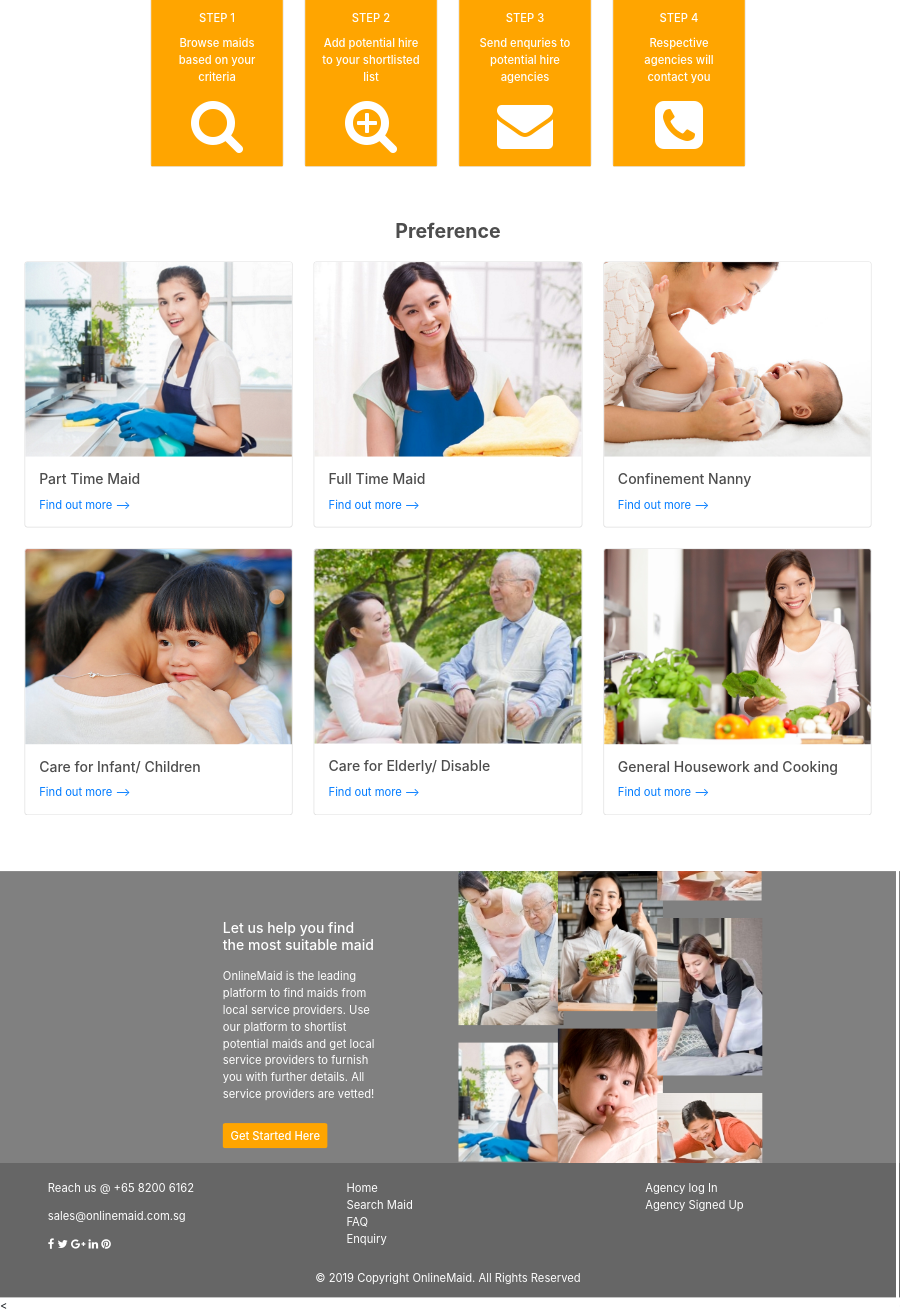
Repository: Code-Institute-Submissions/Project-1---Online-Maid
Page: index.html
The author's editor kept a record of every edit. The page is drawn from the files as they stood at one moment, then again after the next edit.
The browser window is 1280 px wide. The page is 1285 px wide, so the pictures cover 1285 px, including what lies to the right of the window. The pictures show the part of the page from y = 749 to 2629 px (the page is 2626 px tall before and 2629 px after), at 70% of full size.
Some web libraries are served in a nearby version.

Above is the page before.

### index.html
<!DOCTYPE html>
<html lang="en">
<head>
    <meta charset="UTF-8">
    <meta name="viewport" content="width=device-width, initial-scale=1.0">
    <meta http-equiv="X-UA-Compatible" content="ie=edge">
    <link rel="stylesheet" href="https://stackpath.bootstrapcdn.com/bootstrap/4.3.1/css/bootstrap.min.css" type="text/css" />
    <link rel="stylesheet" href="https://stackpath.bootstrapcdn.com/font-awesome/4.7.0/css/font-awesome.min.css" type="text/css" />
    <link rel="stylesheet" href="https://cdnjs.cloudflare.com/ajax/libs/hover.css/2.1.1/css/hover-min.css" type="text/css" />
    <link rel="stylesheet" href="style.css" type="text/css" />
    <title>Online Maid</title>
</head>

<body>

<header>
  <nav class="navbar navbar-expand-lg navbar-light">
  <a class="navbar-brand" href="#"><img id="logo" class="pl-4 img-fluid d-md-block" src="images/logo.jpg" alt=""></a>
  <button class="navbar-toggler" type="button" data-toggle="collapse" data-target="#navbarSupportedContent" aria-controls="navbarSupportedContent" aria-expanded="false" aria-label="Toggle navigation">
    <span class="navbar-toggler-icon"></span>
  </button>

  <div class="collapse navbar-collapse" id="navbarSupportedContent">
    <ul class="navbar-nav mr-auto">
      <li class="nav-item active">
        <a class="nav-link" href="index.html">Home</a>
      </li>
      <li class="nav-item">
        <a class="nav-link" href="searchMaid.html">Search Maid</a>
      </li>
      <li class="nav-item">
        <a class="nav-link" href="faq.html">FAQ</a>
      </li>
      <li class="nav-item">
        <a class="nav-link" href="enquiry.html">Enquiry</a>
      </li>
    </ul>
  </div>
</nav>
</header>

<article>
  <section>
  <div class="jumbotron">
        <h1 class= "maids-portal">The No 1 Singapore Maid Portal</h1>
        <p class= "getStarted">More than 8000 maids for you to choose<br>Start your search now!</br></p>

  <div class="form-row">
      <div class = "col"></div>

      <div class="nationality col-md-2 px-0">
        <select id="inputState" class="form-control">
        <option selected>Nationality</option>
        <option>Filipino</option>
        <option>Indonesian</option>
        <option>Indian</option>
        <option>Myanmarese</option>
        <option>Others</option>
        <option>No Preference</option>
        </select>
      </div>
      <div class="type-of-maid col-md-2 px-0">
        <select id="inputState" class="form-control">
        <option selected>Type of Maid</option>
        <option>New</option>
        <option>Transfer</option>
        <option>Experience</option>
        <option>No Preference</option>
        </select>
      </div>
      <div class="main-responsibility col-md-2 px-0">
        <select id="inputState" class="form-control">
        <option selected>Main Responsibility</option>
        <option>Cooking </option>
        <option>Care for children</option>
        <option>Care for elderly</option>
        <option>Care for disabled</option>
        <option>General housework</option>
        <option>No Preference</option>
        </select>
      </div>
      <button type="button" class="btn">Search</button>

      <div class = "col"></div>
  </div>
  </div>
  </section>

  <section>
    <h3 class="section-header">Steps</h3>
    <p class="steps-line">Create a shortlisted of potential maids and get the agencies to contact you directly</p>

    <div class="card-deck four-steps-container ">
      <div class="card">
        <div class="card-body steps-box">
          <p class="card-title">STEP 1</p>
          <p class="card-text">Browse maids based on your criteria</p>
          <i class="fa fa-search fa-5x"></i>
        </div>
      </div>

      <div class="card">
        <div class="card-body steps-box">
          <P class="card-title">STEP 2</P>
          <p class="card-text">Add potential hire to your shortlisted list</p>
          <i class="fa fa-search-plus fa-5x"></i>
        </div>
      </div>

      <div class="card">
        <div class="card-body steps-box">
          <p class="card-title">STEP 3</p>
          <p class="card-text">Send enquries to potential hire agencies</p>
          <i class="fa fa-envelope fa-5x"></i>
        </div>
      </div>

      <div class="card">
        <div class="card-body steps-box">
          <p class="card-title">STEP 4</p>
          <p class="card-text">Respective agencies will contact you</p>
          <i class="fa fa-phone-square fa-5x"></i>
        </div>
      </div>
    </div>
  </section>

  <section>
    <h3 class="section-header">Preference</h3>

    <div class="card-deck six-choices">
      <div class="card">
        <img class="card-img-top" src="images/partTime1.jpg" alt="Card image cap">
        <div class="card-body maid-experience">
          <h5 class="card-title">Part Time Maid</h5>
          <a href="searchMaid.html" class="find-out-more">Find out more --></a>
        </div>
      </div>

      <div class="card">
        <img class="card-img-top" src="images/fullTime1.jpg" alt="Card image cap">
        <div class="card-body maid-experience">
          <h5 class="card-title">Full Time Maid</h5>
          <a href="searchMaid.html" class="find-out-more">Find out more --></a>
        </div>
      </div>

      <div class="card">
        <img class="card-img-top" src="images/confinement.jpg" alt="Card image cap">
        <div class="card-body maid-experience">
          <h5 class="card-title">Confinement Nanny</h5>
          <a href="searchMaid.html" class="find-out-more">Find out more --></a>
        </div>
      </div>
    </div>

    <div class="card-deck six-choices">
      <div class="card">
        <img class="card-img-top" src="images/childrenCare1.jpg" alt="Card image cap">
        <div class="card-body maid-experience">
          <h5 class="card-title">Care for Infant/ Children</h5>
          <a href="searchMaid.html" class="find-out-more">Find out more --></a>
        </div>
      </div>

      <div class="card">
        <img class="card-img-top" src="images/elderlyCare1.jpg" alt="Card image cap">
        <div class="card-body maid-experience">
          <h5 class="card-title">Care for Elderly/ Disable</h5>
          <a href="searchMaid.html" class="find-out-more">Find out more --></a>
        </div>
      </div>

      <div class="card">
        <img class="card-img-top" src="images/cooking1.jpg" alt="Card image cap">
        <div class="card-body maid-experience">
          <h5 class="card-title">General Housework and Cooking</h5>
          <a href="searchMaid.html" class="find-out-more">Find out more --></a>
        </div>
      </div>
    </div>

  </section>

  <section>
  <div class="row enquiry-container">
    <div class="col-2 enquiry-box-1"></div>

    <div class="col-4 enquiry-box-2">
      <h5 class ="enquiry-header">Let us help you find the most suitable maid</h5>
      <p class ="enquiry-content">OnlineMaid is the leading platform to find maids from local service providers.  Use our platform to shortlist potential maids and get local service providers to furnish you with further details. All service providers are vetted!</p>
      <button type="button" class="btn enquiry-btn">Get Started Here</button>
    </div>

    <div class="col-4 enquiry-box-3">
      <div class="row picture-container">

        <div class="col-4 picture-col-1">
          <img class="card-img-top-1" src="images/enquiry1a.jpg" alt="Card image cap">
          <img class="card-img-top-2" src="images/enquiry2a.jpg" alt="Card image cap">
        </div>

        <div class="col-4 picture-col-2">
          <img class="card-img-top-3" src="images/enquiry3a.jpg" alt="Card image cap">
          <img class="card-img-top-4" src="images/enquiry4a.jpg" alt="Card image cap">
        </div>

        <div class="col-4 picture-col-3">
          <img class="card-img-top-5" src="images/enquiry5a.jpg" alt="Card image cap">
          <img class="card-img-top-6" src="images/enquiry6a.jpg" alt="Card image cap">
          <img class="card-img-top-7" src="images/enquiry7a.jpg" alt="Card image cap">
        </div>
      </div>
  </div>

    <div class="col-2 enquiry-box-4"></div>
  </div>
  </section>


</article>



<footer class="page-footer font-small footer-style pt-4">
  <div class="container-fluid text-center text-md-left">
    <div class="row d-flex justify-content-around">

      <div class="col-md-3 mt-md-0 mt-3">
        <p class="">Reach us @ +65 8200 6162</p>
        <p>sales@onlinemaid.com.sg</p>

        <!-- social -->
        <a href="#" class="social so1 fa fa-facebook"></a>
        <a href="#" class="social fa fa-twitter"></a>
        <a href="#" class="social fa fa-google-plus"></a>
        <a href="#" class="social fa fa-linkedin"></a>
        <a href="#" class="social fa fa-pinterest"></a>
      </div>

      <div class="col-md-3 mb-md-0 mb-3">
        <ul class="list-unstyled">
          <li>
            <a href="index.html">Home</a>
          </li>
          <li>
            <a href="searchMaid.html">Search Maid</a>
          </li>
          <li>
            <a href="faq.html">FAQ</a>
          </li>
          <li>
            <a href="enquiry.html">Enquiry</a>
          </li>
        </ul>
      </div>

      <div class="col-md-3 mb-md-0 mb-3">
        <ul class="list-unstyled">
          <li>
            <a href="searchMaid.html">Agency log In</a>
          </li>
          <li>
            <a href="searchMaid.html">Agency Signed Up</a>
          </li>
        </ul>
      </div>

    </div>
  </div>

  <div class="footer-copyright text-center py-3">© 2019 Copyright OnlineMaid.  All Rights Reserved</div>
</footer>



<
    <script src="https://code.jquery.com/jquery-3.3.1.slim.min.js" integrity="sha384-q8i/X+965DzO0rT7abK41JStQIAqVgRVzpbzo5smXKp4YfRvH+8abtTE1Pi6jizo" crossorigin="anonymous"></script>
    <script src="https://cdnjs.cloudflare.com/ajax/libs/popper.js/1.14.7/umd/popper.min.js" integrity="sha384-UO2eT0CpHqdSJQ6hJty5KVphtPhzWj9WO1clHTMGa3JDZwrnQq4sF86dIHNDz0W1" crossorigin="anonymous"></script>
    <script src="https://stackpath.bootstrapcdn.com/bootstrap/4.3.1/js/bootstrap.min.js" integrity="sha384-JjSmVgyd0p3pXB1rRibZUAYoIIy6OrQ6VrjIEaFf/nJGzIxFDsf4x0xIM+B07jRM" crossorigin="anonymous"></script>
</body>
</html>

### style.css
@import url('https://fonts.googleapis.com/css?family=Roboto:100,200,300,400,500,600,700|Exo:100,200,300,400,500,600,700');

/*overall*/
*{
    padding: 0;
    margin: 0;
    box-sizing: border-box;
}



/*header*/
#logo {
    height: 50px;
    max-width:100%;
}


.nav-item{
    padding: 0px 20px;
    font-weight:600;
    font-size: 18px;
}



/*footer*/
.footer-style{
    background: #666666;
}


.page-footer, .social{
    color:white;
}


.list-unstyled a {
   text-decoration: none;
   color:white;
}


.list-unstyled a:hover {
   color:orange;
}



/*Section 1-Banner*/
.maids-portal {
   text-align: center;
    font-size: 44px;
    font-weight: 600;
}


.getStarted{
    text-align: center;
    font-size: 20px;
    font-weight: 600;
}


.jumbotron {
    background-image: url("images/banner.jpg");
    background-size: cover;
    color: white;
    padding : 120px 0px;
    margin-bottom: 80px;
     }


.form-row {
    padding: 50px 0px 0px 0px;
}


.form-control {
    font-weight: 500;
    color: #808080;
}


.btn {
    background-color: #666666;
    font-weight: 500;
    color: white;
    padding: 0px 20px;
}



/*section 2 - 4 Steps*/
.section-header {
    text-align: center;
    margin: 40px 0px 0px 0px ;
    line-height: 25px;
    color: #4d4d4d;
    font-weight: 700;
}


.steps-line{
    text-align: center;
    margin: 20px;
    line-height: 25px;
    color: #4d4d4d;
    font-weight: 400;
    font-size: 18px;
}


.four-steps-container {
    margin: 50px 200px 80px 200px;
}


.steps-box {
    background-color: orange;
    text-align: center;
    color: white;
    font-weight: 500
}


.i{
    font-size: 100px;
}



/*index.html section 3*/
.six-choices {
   margin: 30px 20px 30px 20px;
}



/*section 3- preference*/
.maid-experience {
    color: #4d4d4d;
}


.find-out-more {
    text-decoration: none;
}


.list-unstyled a:hover {
   color:orange;
}

/*section 4 - enquiry-box*/
.enquiry-container {
    min-height: 350px;
    background-color: #808080;
    color: white;
    margin: 80px 0px 0px;
    padding: 0px;
}


.enquiry-header {
    margin: 70px 90px 20px ;
}


.enquiry-content {
 font-size: 16px;
 margin: 0 90px 10px;
}


.enquiry-btn{
    color: #666666;
    background: orange;
    color: white;
    padding: 5px 10px;
    margin: 20px 90px 0px;
}

.card-img-top-1 {
    padding: 0px;
    margin: 0px 0px 25px 0px;
    border: none;
}


.card-img-top-3 {
    padding: 0px;
    margin: 0px 0px 25px 0px;
    border: none;
}


.card-img-top-5 {
    padding: 0px;
    margin: 0px 0px 25px 0px;
    border: none;
}


.card-img-top-6 {
    padding: 0px;
    margin: 0px 0px 25px 0px;
    border: none;
}



/*searchMaid Jumbotron*/

.searchMaid-jumbotron {
   background-image: url("images/banner.jpg");
    background-size: cover;
    color: white;
    padding : 20px 0px 20px 50px;
    margin-bottom: 40px;
     }


.filter {
    color:#666666;
    margin: 10px 0px;
    padding: 0px;
}

After the next edit:
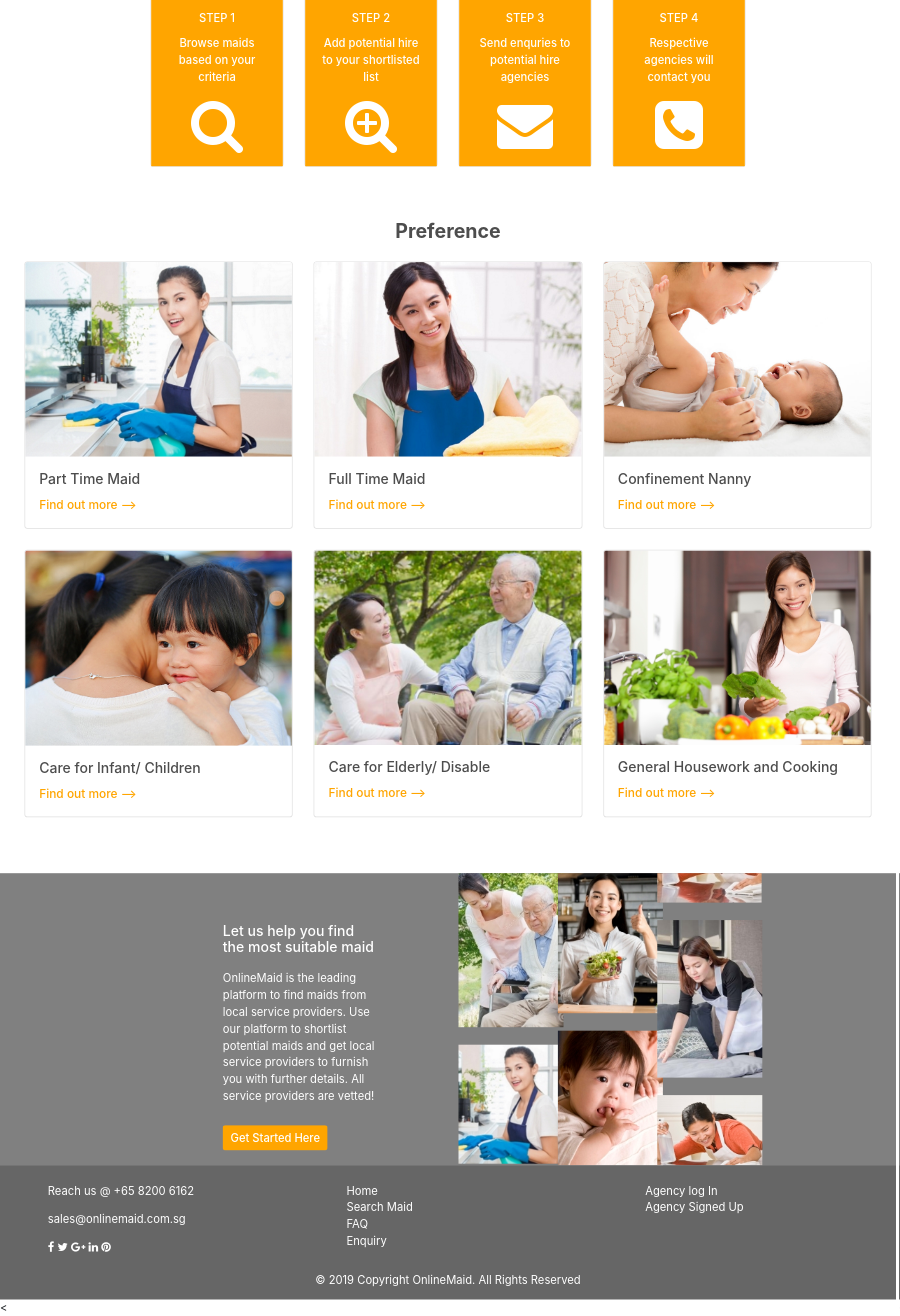
The edit:
--- a/style.css
+++ b/style.css
@@ -143,8 +143,11 @@
 }
 
 
-.find-out-more {
+.maid-experience a {
     text-decoration: none;
+    color: orange;
+    font-weight: 500;
+    font-size: 17px;
 }
 
 
